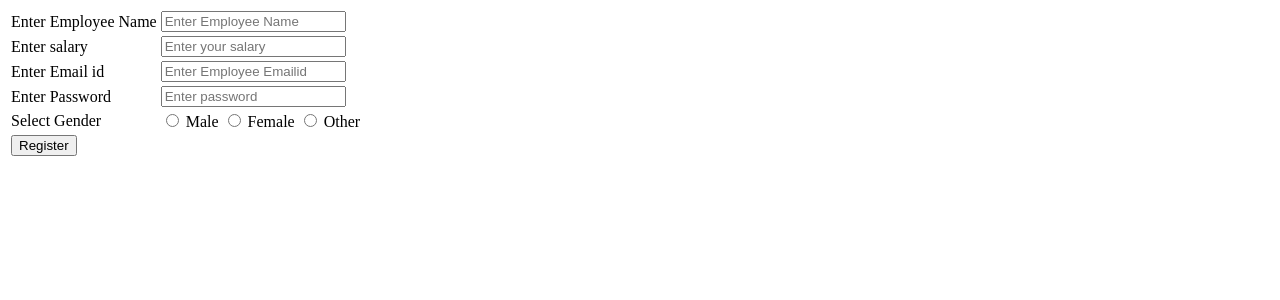
Repository: Ranjith-Kondra/FSD57_MODULE3
Page: AdvJava/WorkSpace2/EmpWebApp/WebContent/Register.html
An editor plug-in stored every save of this project. The page is shown before and after the next save, followed by the edit.
The browser window is 1280 px wide. The pictures show the whole page.

Above is the page before, as saved 2024-01-05 10:15:10.

### AdvJava/WorkSpace2/EmpWebApp/WebContent/Register.html
<!DOCTYPE html>
<html>
<head>
<meta charset="ISO-8859-1">
<title>Register page</title>
</head>
<body>

<form action="RegisterServlet" method ="post">
<table>
  <tr>
        <td>Enter Employee Name</td>
        <td><input type = "text" name = "EmployeeName" placeholder = "Enter Employee Name"/></td>
      </tr>
      <tr>
            <td>Enter salary</td>
            <td><input type="number" name="salary" placeholder="Enter your salary" /></td>
        </tr>
   <tr>
            <td>Enter Email id</td>
            <td><input type="text" name="EmployeeEmailid" placeholder="Enter Employee Emailid" /></td>
        </tr>

        <tr>
            <td>Enter Password</td>
            <td><input type="password" name="Password" placeholder="Enter password" /></td>
        </tr>



        <tr>
            <td>Select Gender</td>
            <td>
                <label><input type="radio" name="Gender" value="Male"> Male</label>
                <label><input type="radio" name="Gender" value="Female"> Female</label>
                <label><input type="radio" name="Gender" value="Other"> Other</label>
            </td>
        </tr>

        <tr>
            <td><button type="submit">Register</button></td>
        </tr>

</table>
</form>
</body>
</html>

After the next save:
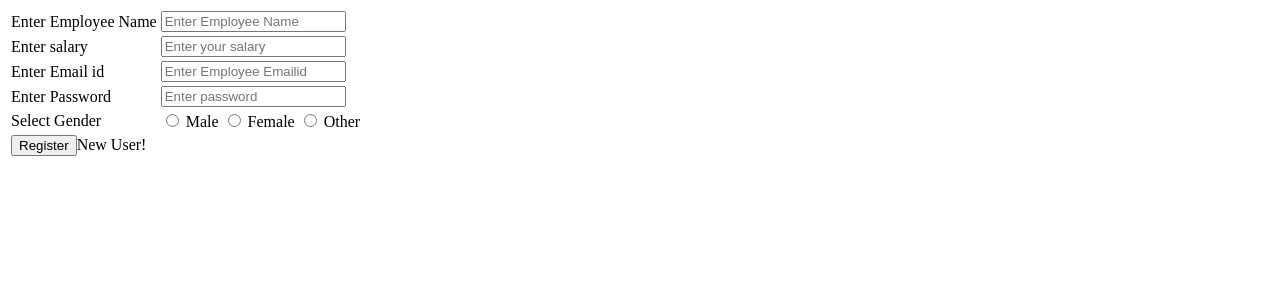
Saved 61 s later.
--- a/AdvJava/WorkSpace2/EmpWebApp/WebContent/Register.html
+++ b/AdvJava/WorkSpace2/EmpWebApp/WebContent/Register.html
@@ -38,7 +38,7 @@
         </tr>
 
         <tr>
-            <td><button type="submit">Register</button></td>
+            <td><button type="submit">Register</button>New User!<a href = 'Login.html'></a></td>
         </tr>
 
 </table>
